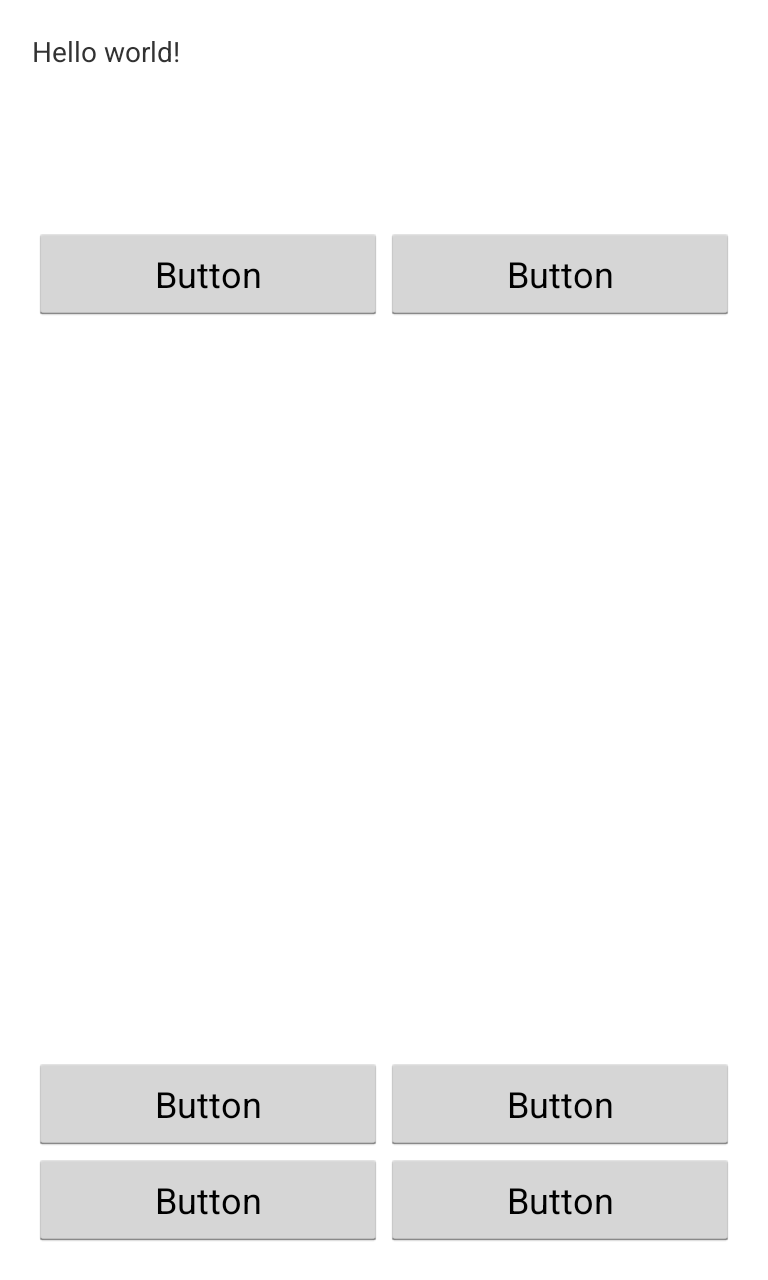
Repository: pancho1313/practica2tests
Layout: ActivityRegistrator/res/layout/activity_activity_marker.xml
An editor plug-in stored every save of this project. The layout is shown before and after the next save, followed by the edit.
It is drawn on a 768 x 1280 px phone screen (xhdpi) without system bars, with theme AppTheme; the app's code is not run.

Above is the layout before, as saved 2014-01-15 14:35:58.

### ActivityRegistrator/res/layout/activity_activity_marker.xml
<RelativeLayout xmlns:android="http://schemas.android.com/apk/res/android"
    xmlns:tools="http://schemas.android.com/tools"
    android:layout_width="match_parent"
    android:layout_height="match_parent"
    android:paddingBottom="@dimen/activity_vertical_margin"
    android:paddingLeft="@dimen/activity_horizontal_margin"
    android:paddingRight="@dimen/activity_horizontal_margin"
    android:paddingTop="@dimen/activity_vertical_margin"
    tools:context=".ActivityMarker" >

    <TextView
        android:id="@+id/textView1"
        android:layout_width="wrap_content"
        android:layout_height="wrap_content"
        android:text="@string/hello_world" />

    <LinearLayout
        android:layout_width="match_parent"
        android:layout_height="match_parent"
        android:layout_below="@+id/textView1"
        android:layout_centerHorizontal="true"
        android:layout_marginTop="78dp"
        android:orientation="vertical" >

        <LinearLayout
            android:layout_width="match_parent"
            android:layout_height="wrap_content"
            android:layout_weight="1" >

            <Button
                android:id="@+id/button1"
                android:layout_width="wrap_content"
                android:layout_height="wrap_content"
                android:text="Button"
                android:layout_weight="1" />

            <Button
                android:id="@+id/button2"
                android:layout_width="wrap_content"
                android:layout_height="wrap_content"
                android:text="Button"
                android:layout_weight="1" />

        </LinearLayout>

        <LinearLayout
            android:layout_width="match_parent"
            android:layout_height="wrap_content" >

            <Button
                android:id="@+id/button3"
                android:layout_width="wrap_content"
                android:layout_height="wrap_content"
                android:text="Button"
                android:layout_weight="1" />

            <Button
                android:id="@+id/button4"
                android:layout_width="wrap_content"
                android:layout_height="wrap_content"
                android:text="Button"
                android:layout_weight="1" />

        </LinearLayout>

        <LinearLayout
            android:layout_width="match_parent"
            android:layout_height="wrap_content" >

            <Button
                android:id="@+id/button5"
                android:layout_width="wrap_content"
                android:layout_height="wrap_content"
                android:text="Button"
                android:layout_weight="1" />

            <Button
                android:id="@+id/button6"
                android:layout_width="wrap_content"
                android:layout_height="wrap_content"
                android:text="Button"
                android:layout_weight="1" />

        </LinearLayout>

    </LinearLayout>

</RelativeLayout>

### ActivityRegistrator/res/values/strings.xml
<?xml version="1.0" encoding="utf-8"?>
<resources>

    <string name="app_name">ActivityRegistrator</string>
    <string name="action_settings">Settings</string>
    <string name="start">start</string>
    <string name="stop">stop</string>
    <string name="emptyDate">--:--:--</string>
    <string name="title_activity_select_activity_registrator">SelectActivityRegistrator</string>
    <string name="hello_world">Hello world!</string>
    <string name="select">Select Activity</string>
    <string name="recorder">Sensor Recorder</string>
    <string name="registrator">Activity Registrator</string>
    <string name="title_activity_activity_marker">ActivityMarker</string>

</resources>

Loaded but not shown: ActivityRegistrator/res/values/styles.xml (common file); ActivityRegistrator/res/values-v11/styles.xml (common file); ActivityRegistrator/res/values-v14/styles.xml (common file); ActivityRegistrator/res/values/dimens.xml (common file)

After the next save:
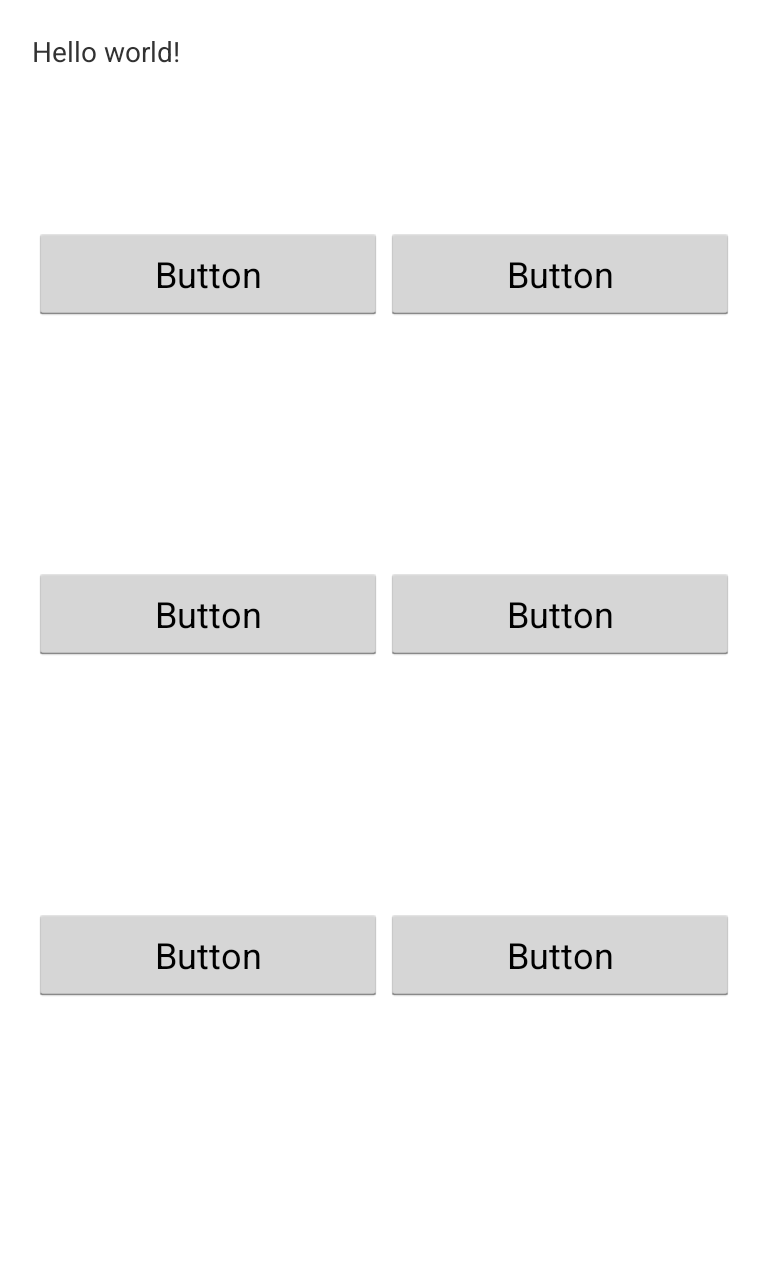
Saved 9 s later.
--- a/ActivityRegistrator/res/layout/activity_activity_marker.xml
+++ b/ActivityRegistrator/res/layout/activity_activity_marker.xml
@@ -45,7 +45,8 @@
 
         <LinearLayout
             android:layout_width="match_parent"
-            android:layout_height="wrap_content" >
+            android:layout_height="wrap_content"
+            android:layout_weight="1" >
 
             <Button
                 android:id="@+id/button3"
@@ -65,7 +66,8 @@
 
         <LinearLayout
             android:layout_width="match_parent"
-            android:layout_height="wrap_content" >
+            android:layout_height="wrap_content"
+            android:layout_weight="1" >
 
             <Button
                 android:id="@+id/button5"
